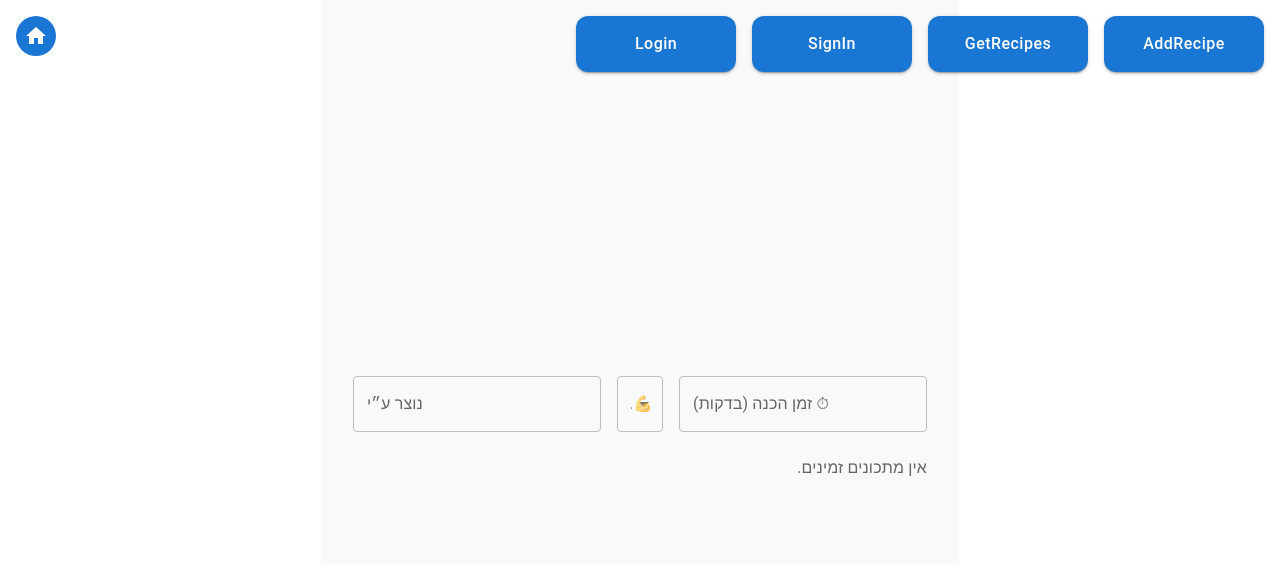
Repository: saraAber/Recipes_ReactProject
Page: /GetRecipes
The author's editor kept a copy of each file at every save. The page is drawn from the files as they stood at one save, then again after the next save.
The browser window is 1280 px wide. The pictures show the whole page.
The page's requests for data from a server got no answer. The project was rebuilt for these pictures with package versions that can differ from the ones it lists, and the page was loaded fresh each time. No one was signed in, and anything a server would have sent is missing. Also part of the build but not shown: vite.config.ts, src/components/Login.tsx, src/components/SignIn.tsx, src/components/userContext.tsx, src/components/CategoriesContext.tsx, src/components/addRecipe.tsx, src/components/EditRecipe.tsx.

Above is the page before, as saved 2025-05-06 16:37:26.

After the next save:
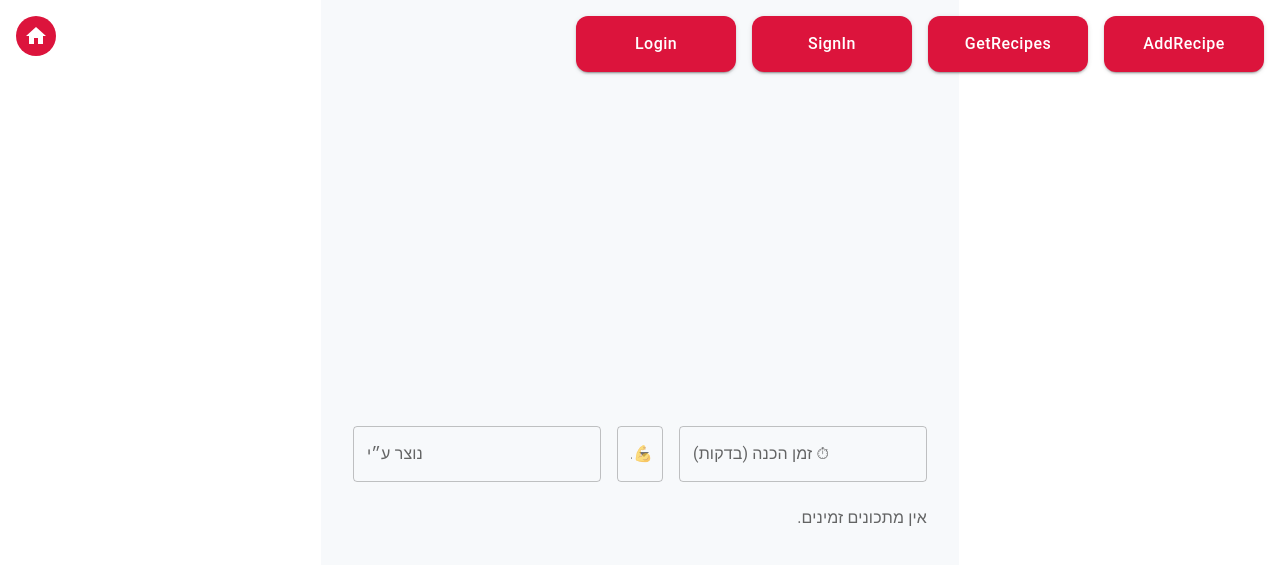
Saved 4 min 53 s later.
--- a/src/components/HomePage.tsx
+++ b/src/components/HomePage.tsx
@@ -13,7 +13,7 @@ function HomePage() {
 
   return (
     <>
-      {/* כפתורים קבועים בפינה כמו בדוגמה הראשונה */}
+      {/* תפריט קבוע בצד ימין למעלה */}
       <Box
         position="fixed"
         top={16}
@@ -30,7 +30,7 @@ function HomePage() {
           <IconButton
             component={Link}
             to={"/"}
-            sx={{ bgcolor: 'primary.main', '&:hover': { bgcolor: 'primary.dark' } }}
+            sx={{ bgcolor: '#DC143C', '&:hover': { bgcolor: '#B22222' } }}
           >
             <HomeIcon sx={{ color: 'white' }} />
           </IconButton>
@@ -42,8 +42,8 @@ function HomePage() {
               onClick={() => setShowLogin(true)}
               variant="contained"
               sx={{
-                bgcolor: 'primary.main',
-                '&:hover': { bgcolor: 'primary.dark' },
+                bgcolor: '#DC143C',
+                '&:hover': { bgcolor: '#B22222' },
                 height: '56px',
                 width: '160px',
                 fontSize: '16px',
@@ -57,8 +57,8 @@ function HomePage() {
               onClick={() => setShowSignup(true)}
               variant="contained"
               sx={{
-                bgcolor: 'primary.main',
-                '&:hover': { bgcolor: 'primary.dark' },
+                bgcolor: '#DC143C',
+                '&:hover': { bgcolor: '#B22222' },
                 height: '56px',
                 width: '160px',
                 fontSize: '16px',
@@ -76,8 +76,8 @@ function HomePage() {
           to={"/GetRecipes"}
           variant="contained"
           sx={{
-            bgcolor: 'primary.main',
-            '&:hover': { bgcolor: 'primary.dark' },
+            bgcolor: '#DC143C',
+            '&:hover': { bgcolor: '#B22222' },
             height: '56px',
             width: '160px',
             fontSize: '16px',
@@ -92,8 +92,8 @@ function HomePage() {
           to={"/AddRecipe"}
           variant="contained"
           sx={{
-            bgcolor: 'primary.main',
-            '&:hover': { bgcolor: 'primary.dark' },
+            bgcolor: '#DC143C',
+            '&:hover': { bgcolor: '#B22222' },
             height: '56px',
             width: '160px',
             fontSize: '16px',
@@ -105,11 +105,14 @@ function HomePage() {
         </Button>
       </Box>
 
-      {/* הצגת המודאלים */}
+      {/* מרווח מלמעלה שלא יחתך הדף */}
+      <Box sx={{ paddingTop: '100px' }}>
+        <Outlet />
+      </Box>
+
+      {/* מודאלים */}
       {showLogin && <LoginModal onClose={() => setShowLogin(false)} />}
       {showSignup && <SignupModal onClose={() => setShowSignup(false)} />}
-
-      <Outlet />
     </>
   );
 }
